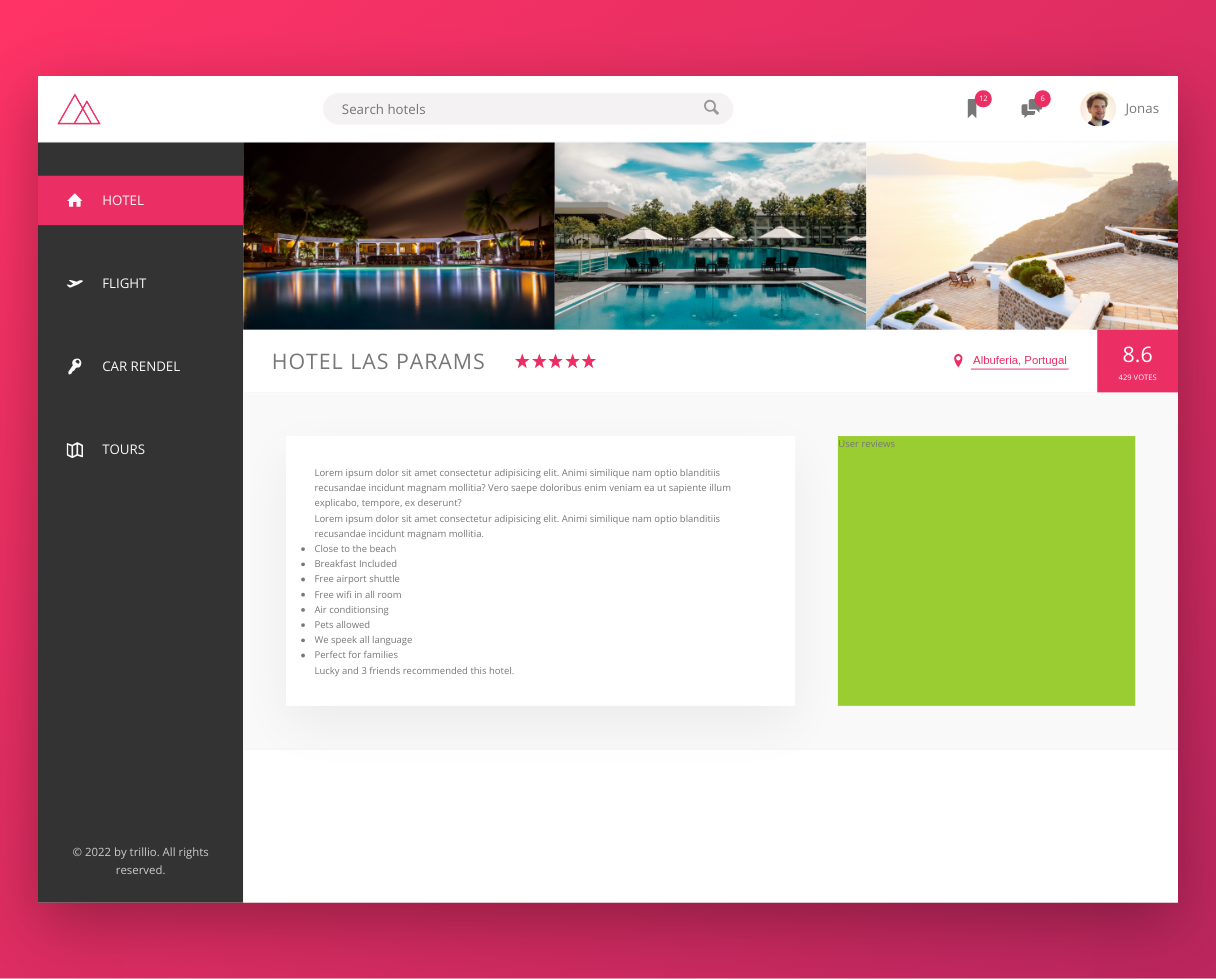
Repository: mohamediyas/flex_website
Page: index.html
An editor plug-in stored every save of this project. The page is shown before and after the next save, followed by the edit.
The browser window is 1280 px wide. The pictures show the whole page, at 95% of full size.
The style sheet was rebuilt from its Sass, Less or Tailwind sources for each picture, by a compiler version that may differ from the author's.

Above is the page before, as saved 2022-08-06 13:59:30.

After the next save:
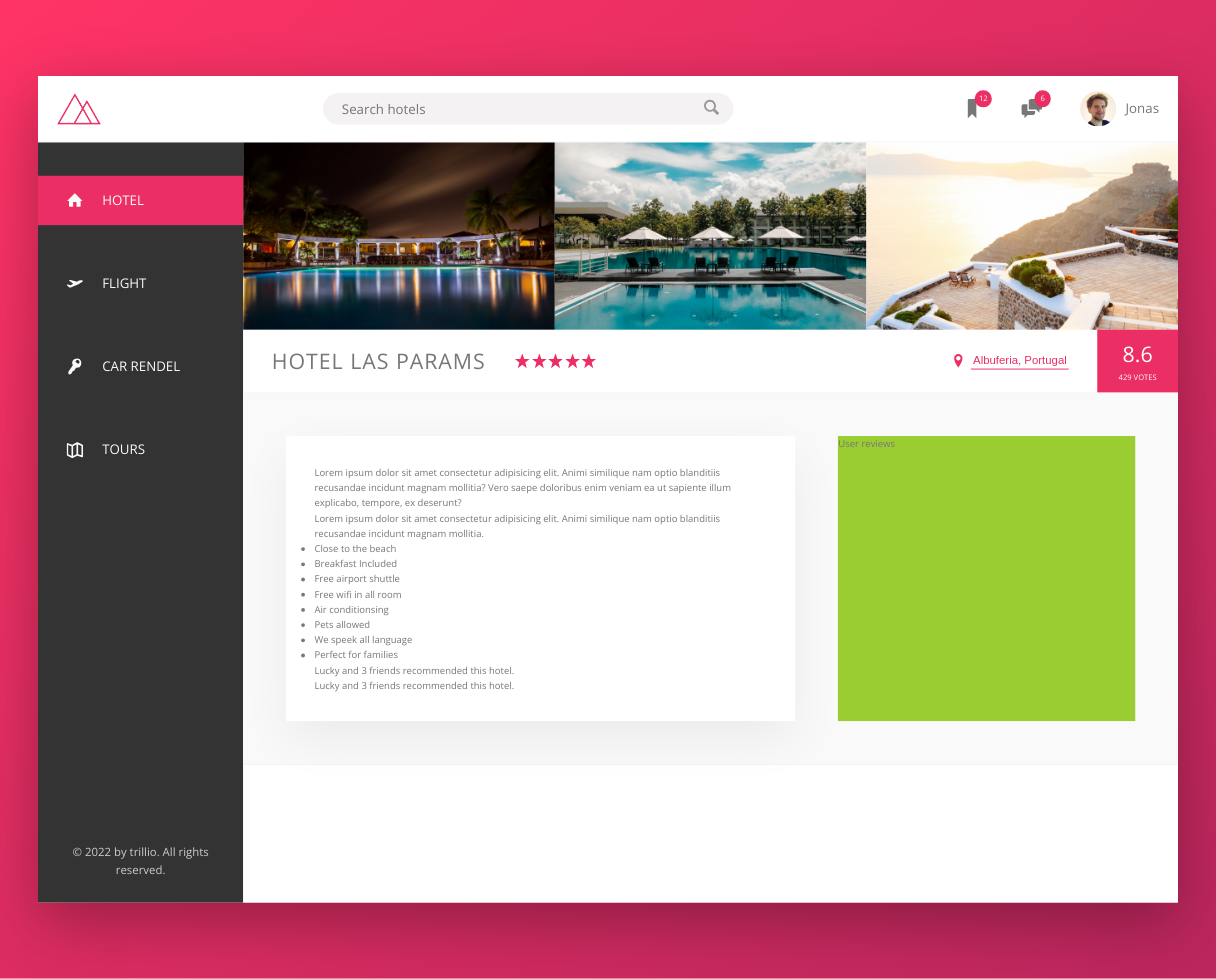
Saved 41 s later.
--- a/index.html
+++ b/index.html
@@ -177,9 +177,12 @@
                 <li class="list__item">Perfect for families</li>
               </ul>
               <div class="recommend">
-                <p class="recommend__cound">
+                <p class="recommend__count">
                   Lucky and 3 friends recommended this hotel.
                 </p>
+                <div class="recommend__friends">
+                  Lucky and 3 friends recommended this hotel.
+                </div>
               </div>
             </div>
             <div class="user-reviews">User reviews</div>
